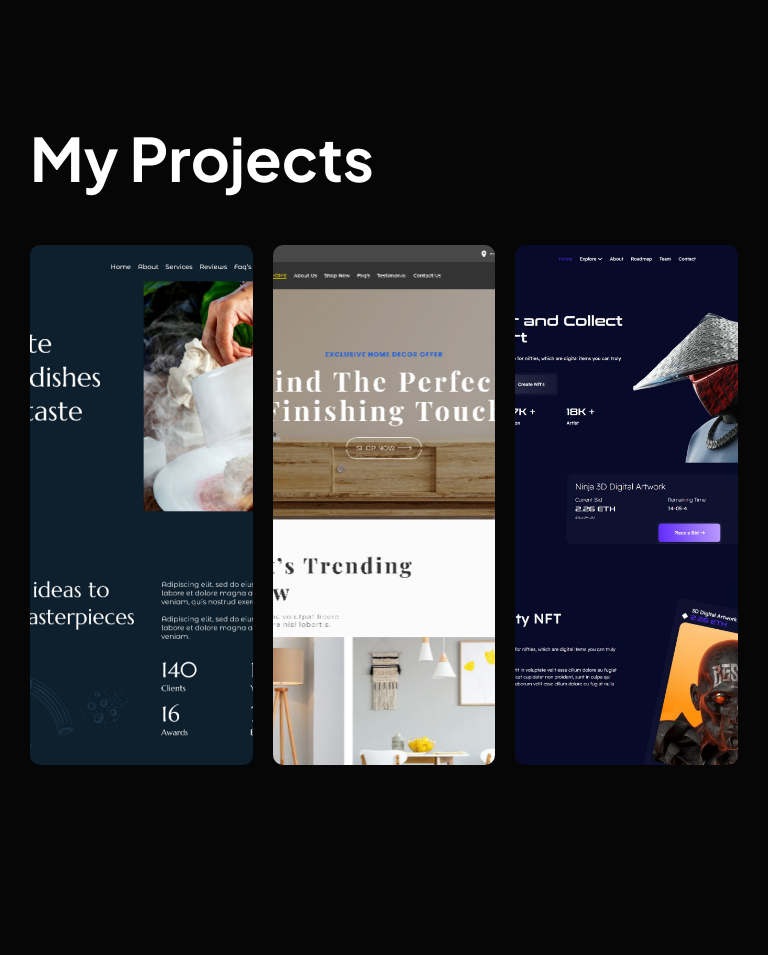
Repository: AliHassan02-Dev/PORTFOLIO
Page: /Projects (app in Front-end/)
The author's editor kept a copy of each file at every save. The page is drawn from the files as they stood at one save, then again after the next save.
The browser window is 768 px wide. The pictures show the whole page.
The project was rebuilt for these pictures with package versions that can differ from the ones it lists, and the page was loaded fresh each time. Also part of the build but not shown: Front-end/vite.config.js, Front-end/src/Components/Navbar.jsx, Front-end/src/Pages/Home.jsx, Front-end/src/Pages/About.jsx, Front-end/src/Pages/Projects.jsx, Front-end/src/Components/Footer.jsx, Front-end/src/App.jsx, Front-end/src/Components/ProjectPreview.jsx.

Above is the page before, as saved 2024-08-24 07:59:28.

### Front-end/src/main.jsx
import React from 'react'
import ReactDOM from 'react-dom/client'
import App from './App.jsx'
import './App.css'
import { BrowserRouter, Route, Routes } from 'react-router-dom'
import AllProjects from './Pages/AllProjects.jsx'
import ProjectPreview from './Components/ProjectPreview.jsx'

ReactDOM.createRoot(document.getElementById('root')).render(
  <>
    <BrowserRouter>
      <Routes>
        <Route path='/' element={<App />} />
        <Route path='/Projects' element={<AllProjects />} />
        <Route path='/projects/projectPreview' element={<ProjectPreview />} />
      </Routes>
    </BrowserRouter>
  </>
)

### Front-end/src/App.css
@import url("https://fonts.googleapis.com/css2?family=Plus+Jakarta+Sans:ital,wght@0,200..800;1,200..800&display=swap");
* {
  margin: 0;
  padding: 0;
  box-sizing: border-box;
}

body {
  width: 100%;
  height: 100%;
  background-color: #060606;
  color: white;
  font-family: "Plus Jakarta Sans", sans-serif;
}

.mainWrapper {
  width: 100%;
  height: 100%;
  position: relative;
  overflow: hidden;
}

/* HOME CONTAINER CSS */
.homeContainer {
  width: 100vw;
  height: 1000px;
  display: flex;
  flex-direction: column;
}

/* NAVBAR CSS */
/* MENU CSS */
.menu {
  width: 100%;
  height: 1000px;
  position: fixed;
  background-color: #060606;
  transform: translateY(-100%);
  z-index: 20;
  display: flex;
  justify-content: center;
  align-items: center;
  opacity: 0;
}

.menu .links {
  width: 100%;
  display: flex;
  justify-content: center;
  align-items: center;
  flex-direction: column;
  height: 100%;
  gap: 40px;
}

.menu .links a {
  color: white;
  font-size: 40px;
  font-weight: 400;
  text-decoration: none;
  position: relative;
  padding-bottom: 10px;
}
.menu .links a::before {
  content: "";
  position: absolute;
  width: 0%;
  height: 2px;
  background-color: white;
  bottom: 0;
  left: 50%;
  transform: translateX(-50%);
  transition: all 0.3s ease-out;
}
.menu .links a:hover::before {
  width: 100%;
}

.navBar {
  margin: 30px auto;
  width: 80%;
  display: flex;
  justify-content: space-between;
  align-items: center;
  padding: 0px 20px;
  position: relative;
  /* left: 50%;
  transform: translateX(-50%); */
  z-index: 25;
}

.navBar a {
  text-decoration: none;
  font-size: 25px;
  font-weight: 600;
  color: white;
}

.navBar .menuBtn,
.navBar .menuBtn-active {
  width: 30px;
  height: 30px;
  display: flex;
  justify-content: center;
  align-items: flex-end;
  flex-direction: column;
  overflow: hidden;
  cursor: pointer;
  transition: all 0.3s ease-in-out;
  opacity: 1 !important;
}
.navBar .menuBtn span,
.navBar .menuBtn-active span {
  width: 100%;
  height: 3px;
  background-color: white;
  border-radius: 20px;
  cursor: pointer;
  transition: all 0.3s ease-in-out;
  opacity: 1 !important;
}
.navBar .menuBtn #line1 {
  transform: translateY(-8px);
}
.navBar .menuBtn #line2 {
  width: 70%;
}
.navBar .menuBtn #line3 {
  width: 40%;
  transform: translateY(8px);
}
/* ACTIVE CLASSES */
.navBar .menuBtn-active {
  width: 30px;
  height: 30px;
  transition: all 0.3s ease-in-out;
}

.navBar .menuBtn-active #line1 {
  transform: translateY(5px) rotate(45deg) !important;
}
.navBar .menuBtn-active #line2 {
  width: 70%;
  transform: translateX(150%) !important;
}
.navBar .menuBtn-active #line3 {
  width: 100%;
  transform: translateY(-1px) rotate(-45deg) !important;
}

/* HERO SECTION CSS */
.homeContainer .heroContainer {
  width: 100%;
  height: 100%;
  display: flex;
  flex-direction: column;
  justify-content: center;
  align-items: center;
  position: relative;
}

.homeContainer .heroContainer h2 {
  font-size: 180px;
  font-weight: bold;
  position: absolute;
  text-wrap: nowrap;
}
.homeContainer .heroContainer .nonStroke {
  z-index: 5;
}
.homeContainer .heroContainer .strokeText1,
.homeContainer .heroContainer .strokeText2 {
  -webkit-text-stroke: 2px #fff;
  -webkit-text-fill-color: #060606;
  opacity: 0;
}
.homeContainer .heroContainer .strokeText1 {
  transform: translateY(0%);
}
.homeContainer .heroContainer .strokeText2 {
  transform: translateY(0%);
}

/* HERO SECTION RESPONSIVE CSS */

@media (max-width: 1200px) {
  .homeContainer .heroContainer h2 {
    font-size: 110px;
  }
}

@media (max-width: 968px) {
  .homeContainer .heroContainer h2 {
    font-size: 80px;
  }
}

@media (max-width: 768px) {
  .homeContainer .heroContainer h2 {
    font-size: 70px;
  }
}

@media (max-width: 568px) {
  .homeContainer .heroContainer h2 {
    font-size: 50px;
  }
}

/* HERO SECTION END */

/* ABOUT SECTION CSS */
.mainWrapper .aboutContainer {
  width: 80%;
  height: 1000px;
  display: flex;
  justify-content: center;
  align-items: center;
  margin: auto;
  gap: 30px;
}

.mainWrapper .aboutContainer .left,
.mainWrapper .aboutContainer .right {
  flex: 1;
  display: flex;
  flex-direction: column;
  gap: 25px;
  overflow: hidden;
}

.mainWrapper .aboutContainer .left h2 {
  color: white;
  font-size: 80px;
  font-weight: bold;
}

.mainWrapper .aboutContainer .left p {
  color: white;
  font-size: 22px;
  font-weight: 300;
}

.mainWrapper .aboutContainer .left .imageBox {
  width: 100%;
  height: 350px;
  background-image: url(./assets/2.jpg);
  background-position: center;
  background-repeat: no-repeat;
  background-size: cover;
  transform-origin: top;
}

.mainWrapper .aboutContainer .right {
  align-items: flex-end;
}

.mainWrapper .aboutContainer .right .circleImg {
  width: 300px;
  height: 300px;
  border-radius: 100%;
  background-image: url(./assets/circleText.png);
  background-position: center;
  background-repeat: no-repeat;
  background-size: cover;
}

.mainWrapper .aboutContainer .right h2 {
  color: white;
  font-size: 80px;
  font-weight: bold;
}

.mainWrapper .aboutContainer .right p {
  color: white;
  font-size: 22px;
  font-weight: 300;
  text-align: right;
}

/* ABOUT SECTION RESPONSIVE */

@media (max-width: 1200px) {
  .mainWrapper .aboutContainer {
    width: 90%;
    height: auto;
    margin: 100px auto;
  }

  .mainWrapper .aboutContainer .left h2 {
    font-size: 60px;
  }

  .mainWrapper .aboutContainer .left p {
    font-size: 18px;
  }

  .mainWrapper .aboutContainer .left .imageBox {
    height: 300px;
  }

  .mainWrapper .aboutContainer .right .circleImg {
    width: 210px;
    height: 210px;
  }

  .mainWrapper .aboutContainer .right h2 {
    font-size: 60px;
  }

  .mainWrapper .aboutContainer .right p {
    font-size: 18px;
  }
}

@media (max-width: 768px) {
  .mainWrapper .aboutContainer {
    width: 100%;
    height: 100%;
    display: flex;
    flex-direction: column;
    justify-content: center;
    align-items: center;
    margin: 100px auto;
    padding: 20px 30px;
  }

  .mainWrapper .aboutContainer .left h2 {
    font-size: 60px;
  }

  .mainWrapper .aboutContainer .left p {
    font-size: 18px;
  }

  .mainWrapper .aboutContainer .left .imageBox {
    height: 300px;
  }

  .mainWrapper .aboutContainer .right .circleImg {
    width: 210px;
    height: 210px;
  }

  .mainWrapper .aboutContainer .right h2 {
    font-size: 60px;
  }

  .mainWrapper .aboutContainer .right p {
    font-size: 18px;
  }
}

@media (max-width: 568px) {
  .mainWrapper .aboutContainer {
    padding: 20px;
  }

  .mainWrapper .aboutContainer .left h2 {
    font-size: 40px;
  }

  .mainWrapper .aboutContainer .left p {
    font-size: 16px;
  }

  .mainWrapper .aboutContainer .left .imageBox {
    height: 240px;
  }

  .mainWrapper .aboutContainer .right .circleImg {
    width: 180px;
    height: 180px;
  }

  .mainWrapper .aboutContainer .right h2 {
    font-size: 40px;
  }

  .mainWrapper .aboutContainer .right p {
    font-size: 16px;
  }
}

/* ABOUT SECTION CSS END */

/* SKILLS SECTION CSS */
.mainWrapper .skillsContainer {
  width: 80%;
  height: 1000px;
  display: flex;
  justify-content: center;
  flex-direction: column;
  margin: auto;
  gap: 30px;
  overflow: hidden;
}

.mainWrapper .skillsContainer .top {
  width: 100%;
  display: flex;
  justify-content: space-between;
  align-items: center;
}

.mainWrapper .skillsContainer .top .left,
.mainWrapper .skillsContainer .top .right {
  flex: 1;
}

.mainWrapper .skillsContainer .top .left h2 {
  font-size: 80px;
  font-weight: bold;
  color: white;
}
.mainWrapper .skillsContainer .top .right p {
  font-size: 22px;
}

.mainWrapper .skillsContainer .bottom {
  width: 100%;
  display: flex;
  justify-content: space-between;
  align-items: flex-start;
  margin: 20px 0px;
}

.mainWrapper .skillsContainer .bottom {
  width: 100%;
  height: 100%;
  display: grid;
  grid-template-columns: 1fr 1fr;
  grid-template-rows: auto auto auto auto;
  gap: 0px 60px;
}
.mainWrapper .skillsContainer .bottom .skillBar {
  width: 100%;
  display: flex;
  justify-content: space-between;
  align-items: center;
  padding-bottom: 10px;
  position: relative;
  cursor: pointer;
}
.mainWrapper .skillsContainer .bottom .skillBar .left {
  display: flex;
  align-items: center;
  gap: 20px;
}

.mainWrapper .skillsContainer .bottom .skillBar .left p {
  color: white;
  font-size: 30px;
  font-weight: 200;
}
.mainWrapper .skillsContainer .bottom .skillBar .left h2 {
  color: white;
  font-size: 30px;
  font-weight: 400;
}

.mainWrapper .skillsContainer .bottom .skillBar .right .skillLogo {
  font-size: 50px;
  color: white;
  margin-right: 10px;
}

/* SKILLS SECTION CSS RESPONSIVE */

@media (max-width: 1200px) {
  .mainWrapper .skillsContainer {
    width: 90%;
    height: 100%;
    margin: 100px auto;
  }

  .mainWrapper .skillsContainer .top .left h2 {
    font-size: 60px;
  }
  .mainWrapper .skillsContainer .top .right p {
    font-size: 18px;
  }

  .mainWrapper .skillsContainer .bottom {
    gap: 40px 60px;
  }

  .mainWrapper .skillsContainer .bottom .skillBar .left {
    gap: 8px;
  }

  .mainWrapper .skillsContainer .bottom .skillBar .left p {
    font-size: 24px;
  }

  .mainWrapper .skillsContainer .bottom .skillBar .left h2 {
    font-size: 24px;
  }

  .mainWrapper .skillsContainer .bottom .skillBar .right .skillLogo {
    font-size: 40px;
  }
}

@media (max-width: 768px) {
  .mainWrapper .skillsContainer {
    width: 100%;
    height: 100%;
    display: flex;
    flex-direction: column;
    justify-content: center;
    flex-direction: column;
    margin: 100px auto;
    gap: 30px;
    padding: 20px 30px;
  }

  .mainWrapper .skillsContainer .top {
    width: 100%;
    display: flex;
    flex-direction: column;
    justify-content: flex-start;
    align-items: flex-start;
    gap: 20px;
  }

  .mainWrapper .skillsContainer .top .left h2 {
    font-size: 40px;
    font-weight: bold;
    color: white;
  }
  .mainWrapper .skillsContainer .top .right p {
    font-size: 18px;
  }

  .mainWrapper .skillsContainer .bottom {
    gap: 40px;
  }

  .mainWrapper .skillsContainer .bottom .skillBar .left p {
    font-size: 20px;
  }

  .mainWrapper .skillsContainer .bottom .skillBar .left h2 {
    font-size: 20px;
  }

  .mainWrapper .skillsContainer .bottom .skillBar .right .skillLogo {
    font-size: 34px;
  }
}

@media (max-width: 568px) {
  .mainWrapper .skillsContainer {
    width: 100%;
    height: 100%;
    margin: 100px auto;
    padding: 20px;
  }

  .mainWrapper .skillsContainer .top .left h2 {
    font-size: 34px;
    font-weight: bold;
    color: white;
  }

  .mainWrapper .skillsContainer .top .right p {
    font-size: 16px;
  }

  .mainWrapper .skillsContainer .bottom {
    gap: 40px;
  }

  .mainWrapper .skillsContainer .bottom .skillBar .left p {
    font-size: 18px;
  }

  .mainWrapper .skillsContainer .bottom .skillBar .left h2 {
    font-size: 18px;
  }

  .mainWrapper .skillsContainer .bottom .skillBar .right .skillLogo {
    font-size: 30px;
  }
}

/* SKILLS SECTION CSS END */

/* PROJECTS SECTION CSS */
.mainWrapper .projectContainer {
  width: 80%;
  height: 1000px;
  display: flex;
  justify-content: center;
  flex-direction: column;
  margin: auto;
  gap: 30px;
}

.mainWrapper .projectContainer .top {
  width: 100%;
  display: flex;
  justify-content: space-between;
  align-items: center;
}

.mainWrapper .projectContainer .top .left,
.mainWrapper .projectContainer .top .right {
  flex: 1;
}

.mainWrapper .projectContainer .top .left h2 {
  font-size: 80px;
  font-weight: bold;
  color: white;
}
.mainWrapper .projectContainer .top .right p {
  font-size: 22px;
}

.mainWrapper .projectContainer .bottom {
  width: 100%;
  display: flex;
  margin-top: 50px;
}

.mainWrapper .projectContainer .bottom {
  display: flex;
  flex-direction: column;
  overflow: hidden;
  gap: 100px;
}

.mainWrapper .projectContainer .bottom .projectBar {
  display: flex;
  justify-content: space-between;
  align-items: center;
  padding-bottom: 5px;
  position: relative;
  cursor: pointer;
  cursor: pointer;
}
.line {
  width: 100%;
  height: 2px;
  background-color: white;
  position: absolute;
  bottom: 0;
  left: 0;
}
.projectLine {
  width: 100%;
  height: 2px;
  background-color: white;
  position: absolute;
  bottom: 0;
  left: 0;
}
.mainWrapper .projectContainer .bottom .projectBar .left {
  display: flex;
  align-items: center;
  gap: 20px;
}

.mainWrapper .projectContainer .bottom .projectBar .left p {
  color: white;
  font-size: 30px;
  font-weight: 200;
}

.mainWrapper .projectContainer .bottom .projectBar .left h2 {
  color: white;
  font-size: 30px;
  font-weight: 400;
}
/* PROJECTS SECTION CSS END */

/* FOOTER SECTION CSS */
.footer {
  width: 100%;
  display: flex;
  justify-content: space-between;
  align-items: center;
  width: 80%;
  margin: 40px auto;
}

.footer .left {
  display: flex;
  flex-direction: column;
  gap: 20px;
}

.footer .left .socialLinks {
  display: flex;
  align-items: center;
  gap: 20px;
}
.footer .left .socialLinks a {
  font-size: 20px;
  font-weight: 400;
  color: white;
  text-decoration: none;
}
.footer .left p {
  color: white;
  font-size: 18px;
  font-weight: 200;
}

.footer .right h2 {
  font-size: 40px;
  font-weight: 600;
  color: white;
  cursor: pointer;
}

/* ALL PROJECTS PAGE CSS */
.projectsContainer {
  width: 80%;
  height: 100%;
  margin: auto;
  padding: 40px 10px;
}

.projectsContainer .topBar {
  width: 100%;
  display: flex;
  justify-content: space-between;
  align-items: center;
}

.projectsContainer .topBar .left h2 {
  font-size: 60px;
  font-weight: bold;
  color: white;
}

.projectsContainer .topBar .right button {
  background: none;
  border: none;
  outline: none;
  position: relative;
  overflow: hidden;
}

.projectsContainer .topBar .right button a {
  color: white;
  font-size: 22px;
  font-weight: 400;
  text-decoration: none;
  position: relative;
  display: block;
  padding-bottom: 5px;
  transition: 0.3s transform linear;
}
.projectsContainer .topBar .right button a::before {
  content: "";
  position: absolute;
  width: 100%;
  height: 2px;
  background-color: white;
  bottom: 0%;
  transform: translateX(200%);
  display: block;
  transition: 0.3s transform linear;
}
.projectsContainer .topBar .right button:hover a::before {
  transform: translateX(0%);
  transition: 0.3s transform linear;
}

.projectsContainer .hdg {
  font-size: 60px;
  font-weight: bold;
  color: white;
}

.projectsContainer .projectsWrapper {
  width: 100%;
  height: 100%;
  display: grid;
  grid-template-columns: 1fr 1fr 1fr;
  gap: 25px;
  margin: 50px 0px;
}

.projectsContainer .projectsWrapper .projectBox {
  width: 100%;
  max-width: 520px;
  height: 520px;
  margin-bottom: 20px;
}

.projectsContainer .projectsWrapper .projectBox .thumbnail {
  width: 100%;
  height: 100%;
  position: relative;
  overflow: hidden;
}

.projectsContainer .projectsWrapper .projectBox .thumbnail img {
  width: 100%;
  height: 100%;
  object-fit: cover;
  border-radius: 10px;
}

.projectsContainer .projectsWrapper .projectBox .thumbnail .overlay {
  width: 100%;
  height: 100%;
  display: flex;
  justify-content: center;
  align-items: center;
  gap: 40px;
  background-color: rgba(0, 0, 0, 0.6);
  position: absolute;
  top: -100%;
  transition: all 0.3s ease-in-out;
  border-radius: 10px;
}
.projectsContainer .projectsWrapper .projectBox .thumbnail:hover .overlay {
  top: 0;
}

.projectsContainer .projectsWrapper .projectBox .thumbnail .overlay .iconBox {
  display: flex;
  justify-content: center;
  align-items: center;
  padding: 15px;
  border-radius: 100%;
  cursor: pointer;
  transition: all 0.3s ease-in-out;
}
.projectsContainer
  .projectsWrapper
  .projectBox
  .thumbnail
  .overlay
  .iconBox:hover {
  background-color: rgba(255, 255, 255, 0.25);
  backdrop-filter: blur(20px);
}

.projectsContainer .projectsWrapper .projectBox .thumbnail .overlay .linkIcon {
  font-size: 25px;
  color: white;
}

/* PROJECT CONTAINER RESPONSIVE */

@media (max-width: 1200px) {
  .projectsContainer {
    width: 90%;
    height: 100%;
    margin: 100px auto;
    padding: 0px 0px;
  }

  .projectsContainer .projectsWrapper {
    gap: 20px;
  }
}

@media (max-width: 768px) {
  .projectsContainer {
    width: 100%;
    height: 100%;
    margin: 100px auto;
    padding: 20px 30px;
  }

  .projectsContainer .projectsWrapper {
    gap: 20px;
  }
}

/* PROJECT CONTAINER CSS END */

/* PROJECT DETAILS CSS */
.projectDetails {
  width: 80%;
  height: 100%;
  display: flex;
  justify-content: space-between;
  margin: 40px auto;
  gap: 40px;
}

.projectDetails .left {
  flex: 2;
}

.projectDetails .left img {
  width: 100%;
}

.projectDetails .right {
  flex: 1;
  display: flex;
  flex-direction: column;
  gap: 40px;
  margin: 20px 0px;
}

.projectDetails .right .projectContent {
  width: 100%;
  padding: 20px;
  display: flex;
  flex-direction: column;
  gap: 20px;
  border-bottom: 1px solid rgba(255, 255, 255, 0.45);
}

.projectDetails .right .projectContent h2 {
  color: white;
  font-size: 25px;
  font-weight: 600;
}

.projectDetails .right .projectContent p {
  color: white;
  font-size: 20px;
  font-weight: 400;
}

.projectDetails .right .projectTechnology {
  border-bottom: 1px solid rgba(255, 255, 255, 0.45);
  width: 100%;
  padding: 20px;
  display: flex;
  justify-content: center;
  flex-direction: column;
  gap: 20px;
}

.projectDetails .right .projectTechnology h2 {
  color: white;
  font-size: 24px;
  font-weight: 600;
}

.projectDetails .right .projectTechnology .icons {
  display: flex;
  align-items: center;
  gap: 40px;
  flex-wrap: wrap;
}

.projectDetails .right .projectTechnology .techName {
  color: white;
  font-size: 60px;
  cursor: pointer;
  padding: 8px;
  transition: 0.3s ease-in-out;
}

.techName {
  color: white;
  font-size: 40px;
  cursor: pointer;
  padding: 8px;
  transition: 0.3s ease-in-out;
}

/* SKILL LOGOS COLOR */
.projectDetails .right .projectTechnology .techName:hover.html {
  background-color: #f16529;
  padding: 8px;
  border-radius: 5px;
}
.projectDetails .right .projectTechnology .techName:hover.css {
  background-color: #264de4;
  padding: 8px;
  border-radius: 5px;
}
.projectDetails .right .projectTechnology .techName:hover.js {
  color: #f7e018 !important;
  padding: 8px;
}
.projectDetails .right .projectTechnology .techName:hover.react {
  background-color: #61dbfb;
  padding: 8px;
  border-radius: 5px;
}
.projectDetails .right .projectTechnology .techName:hover.wordpress {
  background-color: #21759b;
  padding: 8px;
  border-radius: 5px;
}
.projectDetails .right .projectTechnology .techName:hover.node,
.projectDetails .right .projectTechnology .techName:hover.mongodb {
  background-color: #539e43;
  padding: 8px;
  border-radius: 5px;
}
.projectDetails .right .projectTechnology .techName:hover.vite {
  background: linear-gradient(
    90deg,
    rgba(88, 194, 254, 1) 0%,
    rgba(175, 83, 255, 1) 100%
  );
  padding: 8px;
  border-radius: 5px;
}

.techName:hover.figma {
  background: linear-gradient(
    180deg,
    rgba(242, 78, 30, 1) 0%,
    rgba(255, 114, 98, 1) 25%,
    rgba(162, 89, 255, 1) 50%,
    rgba(26, 188, 254, 1) 75%,
    rgba(10, 207, 131, 1) 100%
  );
  padding: 8px;
  border-radius: 5px;
}
.techName:hover.website {
  background: gray;
  padding: 8px;
  border-radius: 5px;
}

.projectDetails .right .links {
  border-bottom: 1px solid rgba(255, 255, 255, 0.45);
  width: 100%;
  padding: 20px;
  display: flex;
  flex-direction: column;
  justify-content: center;
  gap: 20px;
}

.projectDetails .right .links h2 {
  color: white;
  font-size: 24px;
  font-weight: 600;
}

.projectDetails .right .links .icons {
  display: flex;
  align-items: center;
  flex-direction: row;
  gap: 20px;
}

.projectDetails .right .links .linkIcon {
  color: white;
  font-size: 50px;
  padding: 10px;
  border-radius: 100%;
  cursor: pointer;
  transition: 0.3s ease-in-out;
}
.projectDetails .right .links .linkIcon:hover {
  background-color: rgba(255, 255, 255, 0.25);
  backdrop-filter: blur(20px);
}

### Front-end/src/Pages/AllProjects.jsx
import React from "react";
import ProjectsBox from "../Components/ProjectsBox";

const AllProjects = () => {
  return (
    <div className="projectsContainer">
      <h2 className="hdg">My Projects</h2>
      {<ProjectsBox />}
    </div>
  );
};

export default AllProjects;

### Front-end/src/Components/ProjectsBox.jsx
import React from "react";
import { GoLink } from "react-icons/go";
import { FaArrowUpRightFromSquare } from "react-icons/fa6";
import { projectsData } from "../data";
import { Link, useNavigate } from "react-router-dom";

const ProjectsBox = () => {
  const navigate = useNavigate();

  return (
    <div className="projectsWrapper">
      {projectsData?.map((projects) => {
        return (
          <div className="projectBox">
            <div className="thumbnail">
              <img src={projects?.thumbnail} alt="" />
              <div className="overlay">
                <div className="iconBox">
                  <Link target={"_blank"} to={projects?.websiteLink}>
                    <GoLink className="linkIcon" />
                  </Link>
                </div>
                <div
                  className="iconBox"
                  onClick={() =>
                    navigate("/projects/projectPreview", { state: projects })
                  }
                >
                  <FaArrowUpRightFromSquare className="linkIcon" />
                </div>
              </div>
            </div>
          </div>
        );
      })}
    </div>
  );
};
export default ProjectsBox;

Loaded but not shown: Front-end/index.html (common file); Front-end/src/data.js (59 lines, source omitted); Front-end/src/Pages/Skills.jsx (169 lines, source omitted)

After the next save:
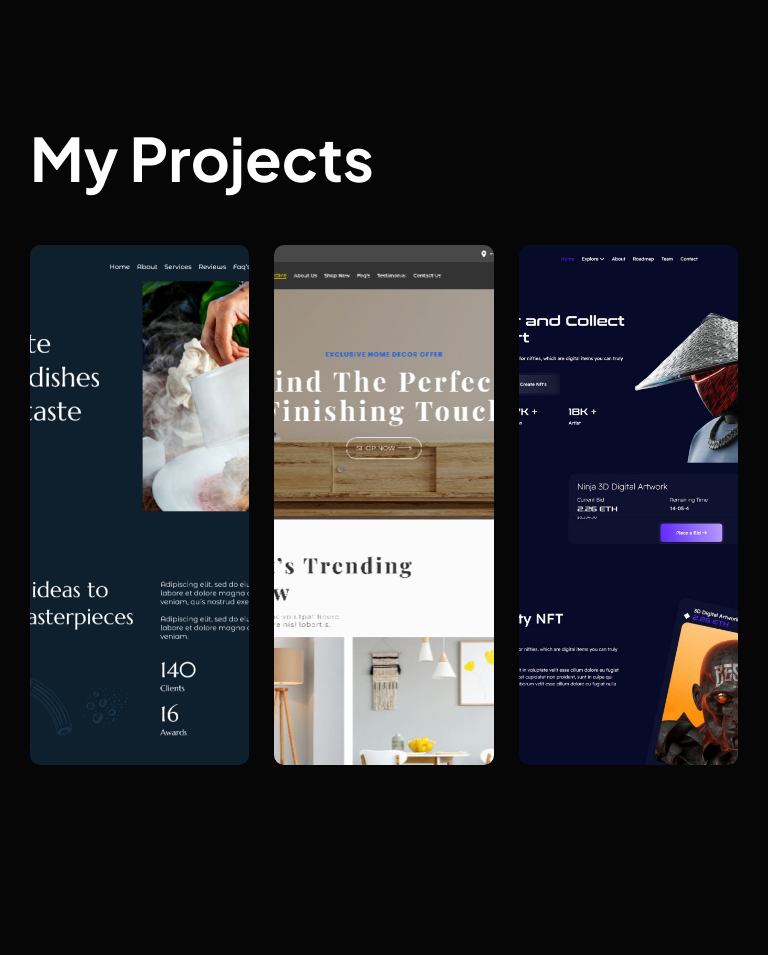
Saved 73 s later.
--- a/Front-end/src/App.css
+++ b/Front-end/src/App.css
@@ -874,6 +874,136 @@ body {
   .projectsContainer .projectsWrapper {
     gap: 20px;
   }
+
+  .projectsContainer .topBar {
+    width: 100%;
+    display: flex;
+    flex-direction: column;
+    justify-content: flex-start;
+    align-items: flex-start;
+  }
+
+  .projectsContainer .topBar .left h2 {
+    font-size: 60px;
+    font-weight: bold;
+    color: white;
+  }
+
+  .projectsContainer .topBar .right button {
+    background: none;
+    border: none;
+    outline: none;
+    position: relative;
+    overflow: hidden;
+  }
+
+  .projectsContainer .topBar .right button a {
+    color: white;
+    font-size: 22px;
+    font-weight: 400;
+    text-decoration: none;
+    position: relative;
+    display: block;
+    padding-bottom: 5px;
+    transition: 0.3s transform linear;
+  }
+  .projectsContainer .topBar .right button a::before {
+    content: "";
+    position: absolute;
+    width: 100%;
+    height: 2px;
+    background-color: white;
+    bottom: 0%;
+    transform: translateX(200%);
+    display: block;
+    transition: 0.3s transform linear;
+  }
+  .projectsContainer .topBar .right button:hover a::before {
+    transform: translateX(0%);
+    transition: 0.3s transform linear;
+  }
+
+  .projectsContainer .hdg {
+    font-size: 60px;
+    font-weight: bold;
+    color: white;
+  }
+
+  .projectsContainer .projectsWrapper {
+    width: 100%;
+    height: 100%;
+    display: grid;
+    grid-template-columns: 1fr 1fr 1fr;
+    gap: 25px;
+    margin: 50px 0px;
+  }
+
+  .projectsContainer .projectsWrapper .projectBox {
+    width: 100%;
+    max-width: 520px;
+    height: 520px;
+    margin-bottom: 20px;
+  }
+
+  .projectsContainer .projectsWrapper .projectBox .thumbnail {
+    width: 100%;
+    height: 100%;
+    position: relative;
+    overflow: hidden;
+  }
+
+  .projectsContainer .projectsWrapper .projectBox .thumbnail img {
+    width: 100%;
+    height: 100%;
+    object-fit: cover;
+    border-radius: 10px;
+  }
+
+  .projectsContainer .projectsWrapper .projectBox .thumbnail .overlay {
+    width: 100%;
+    height: 100%;
+    display: flex;
+    justify-content: center;
+    align-items: center;
+    gap: 40px;
+    background-color: rgba(0, 0, 0, 0.6);
+    position: absolute;
+    top: -100%;
+    transition: all 0.3s ease-in-out;
+    border-radius: 10px;
+  }
+  .projectsContainer .projectsWrapper .projectBox .thumbnail:hover .overlay {
+    top: 0;
+  }
+
+  .projectsContainer .projectsWrapper .projectBox .thumbnail .overlay .iconBox {
+    display: flex;
+    justify-content: center;
+    align-items: center;
+    padding: 15px;
+    border-radius: 100%;
+    cursor: pointer;
+    transition: all 0.3s ease-in-out;
+  }
+  .projectsContainer
+    .projectsWrapper
+    .projectBox
+    .thumbnail
+    .overlay
+    .iconBox:hover {
+    background-color: rgba(255, 255, 255, 0.25);
+    backdrop-filter: blur(20px);
+  }
+
+  .projectsContainer
+    .projectsWrapper
+    .projectBox
+    .thumbnail
+    .overlay
+    .linkIcon {
+    font-size: 25px;
+    color: white;
+  }
 }
 
 /* PROJECT CONTAINER CSS END */
